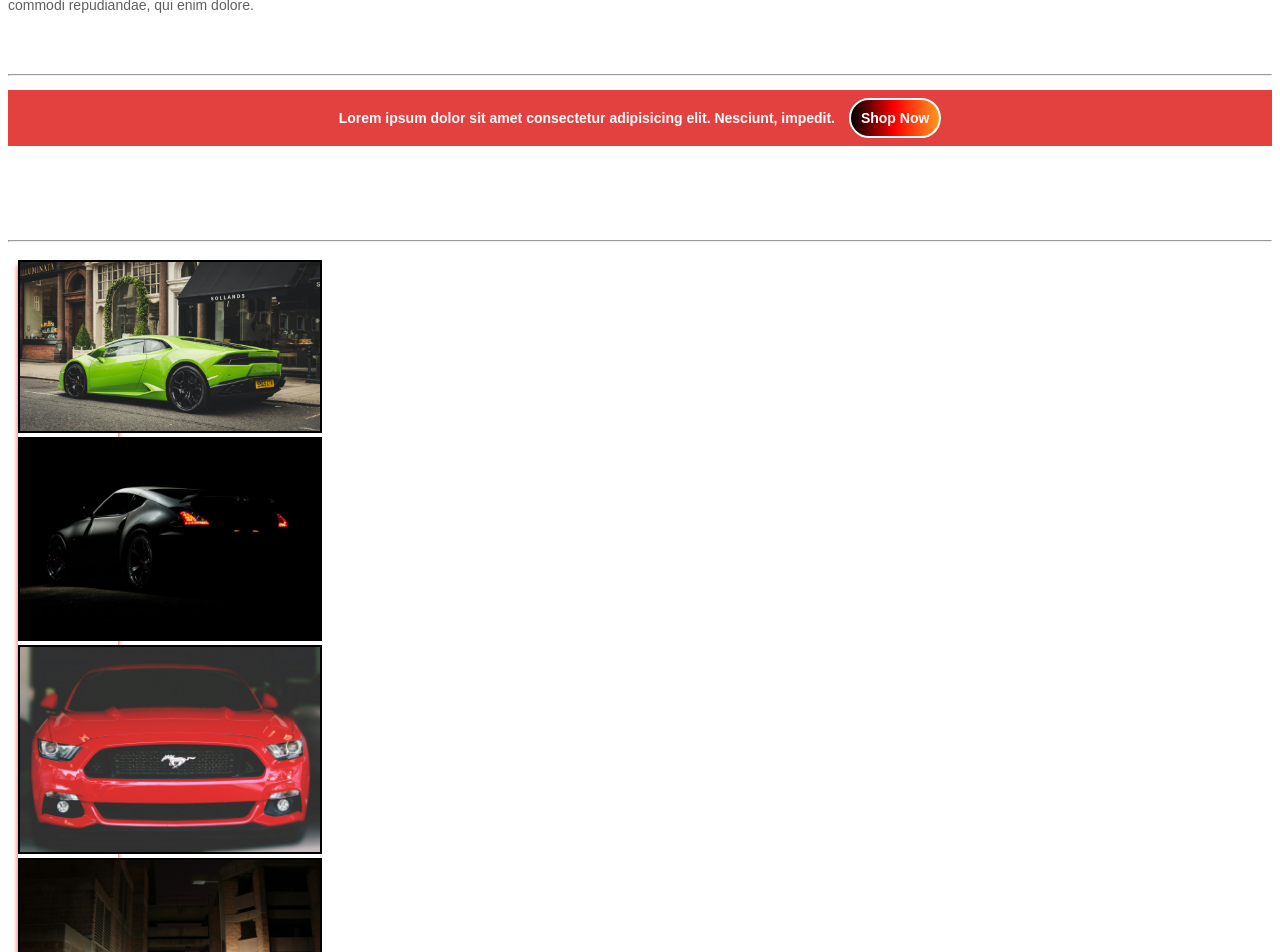
Repository: Yeyolive/WebDev_Collab_2025
Page: Basic_Projects/HTML-CSS course/into-to-html/index.html
These files come from the project's save history. The page is drawn as it stood at one moment and after the next save; the edit follows.
The browser window is 1280 px wide. The pictures show the part of the page from y = 771 to 1723 px (the page is 2858 px tall before and 2860 px after).
A picture or video elsewhere on the page could not be fetched, so the positions and the page height are approximate.

Above is the page before, as saved 2025-11-24 00:28:22.

### Basic_Projects/HTML-CSS course/into-to-html/index.html
<!DOCTYPE html>
<html lang="en">
  <head>
    <meta charset="UTF-8" />
    <meta http-equiv="X-UA-Compatible" content="IE=edge" />
    <!-- Ensures compatibility with Internet Explorer -->
    <meta name="viewport" content="width=device-width, initial-scale=1.0" />
    <title>HTML-CSS Course</title>
    <link rel="stylesheet" href="styles.css" />
  </head>

  <body>
    <!-- Buttons section-->
    <button class="subscribe">SUBSCRIBE</button>

    <button class="join">JOIN</button>

    <button class="tweet">Tweet</button>
    <br /><br />
    <button class="uber">Request Now</button>

    <button class="Amazon">Add to cart</button>

    <button class="Github">Sign up</button>
    <br /><br />
    <button class="Bootstrap-1">Get started</button>
    <button class="Bootstrap-2">Download</button>

    <button class="Linkedin-1">Apply on company website</button>
    <br /><br />
    <button class="Linkedin-2">Save</button>
    <br /><br /><br />
    <hr />
    <a href="#">Back to Amazon</a>
    <br />
    <h1>Nike Black Running Shoes</h1>
    <p class="price">$39 - in stock.</p>

    <p>Free delivery tomorrow.</p>

    <button class="Amazon-1">Add to cart</button>
    <button class="Amazon-2">Buy now</button>
    <br /><br />
    <hr />
    <!-- Texts section-->
    <p class="video-title">
      Talking Tech and AI with Google CEO Sundar Pichai!
    </p>

    <p class="video-stats">3.4M views &#183; 6 months ago</p>
    <p class="video-author">marques Brownlee &#10003;</p>
    <p class="video-description">
      Lorem ipsum dolor sit amet consectetur adipisicing elit. Distinctio
      sapiente beatae delectus debitis natus architecto amet! Libero facilis
      mollitia, illo, beatae unde non nemo ad commodi repudiandae, qui enim
      dolore.
    </p>
    <br /><br />
    <hr />
    <p class="apple-text">
      Lorem ipsum dolor sit amet consectetur adipisicing elit. Nesciunt,
      impedit. <span class="span-example">Shop Now</span>
    </p>
    <br /><br />
    <hr />
    <!-- Images: CARS SECTION -->
    <div class="car-images">
      <div class="car">
        <img
          src="images/cars/pexels-adrian-dorobantu-989175-2127733.jpg"
          alt="Car 1"
        />
      </div>
      <div class="car">
        <img src="images/cars/pexels-albinberlin-919073.jpg" alt="Car 2" />
      </div>
      <div class="car">
        <img src="images/cars/pexels-avinashpatel-544542.jpg" alt="Car 3" />
      </div>
      <div class="car">
        <img src="images/cars/pexels-cesarperez209-733745.jpg" alt="Car 4" />
      </div>
      <div class="car">
        <img src="images/cars/pexels-hikaique-242125.jpg" alt="Car 5" />
      </div>
      <div class="car">
        <img src="images/cars/pexels-pashal-337909.jpg" alt="Car 7" />
      </div>
      <div class="car">
        <img src="images/cars/pexels-pixabay-248687.jpg" alt="Car 8" />
      </div>
    </div>

    <input class="search-bar" type="text" placeholder="Search" />

    <input
      class="search-bar-2"
      type="text"
      placeholder="Search Google or type a URL"
    />

    <br /><br />
    <hr />
    <!-- Input field -->
    <p class="email-p1">Email</p>
    <input class="email-input" type="email" />

    <p class="email-p2">
      By clicking Agree & Join, you agree to the Privacy Policy.
    </p>

    <button class="agree-and-join">Agree & Join</button>
  </body>
</html>

### Basic_Projects/HTML-CSS course/into-to-html/styles.css
/* === buttons === */
.subscribe {
  border: none;
  height: 36px;
  background: rgb(200, 0, 0);
  color: white;
  font-size: 15px;
  cursor: pointer;
  margin-right: 10px;
  transition: opacity 0.3s;
}

.subscribe:hover {
  opacity: 0.7;
}

.subscribe:active {
  opacity: 0.6;
}

.join {
  border: 1px solid blue;
  height: 36px;
  width: 74px;
  color: blue;
  font-size: 15px;
  background: white;
  border-radius: 2px;
  cursor: pointer;
  margin-right: 10px;
  transition: background-color 0.4s, color 0.4s;
}

.join:hover {
  background: blue;
  color: white;
}

.join:active {
  opacity: 0.7;
}

.tweet {
  border: none;
  border-radius: 18px;
  height: 36px;
  width: 74px;
  background: #1d9bf0;
  color: white;
  cursor: pointer;
  font-weight: bold;
  font-size: 15px;
  transition: background-color 0.4s, color 0.4s;
}

.tweet:hover {
  box-shadow: 5px 5px 10px rgba(0, 0, 0, 0.414);
}

.uber {
  background: black;
  color: white;
  border: none;
  height: 36px;
  width: 115px;
  cursor: pointer;
  transition: background-color 0.4s, color 0.4s;
}

.uber:hover {
  opacity: 0.7;
}

.Amazon {
  background: rgb(255, 216, 20);
  color: rgb(0, 0, 0);
  border: none;
  border-radius: 18px;
  height: 30px;
  width: 150px;
  margin-left: 10px;
  margin-right: 10px;
  cursor: pointer;
  transition: background-color 0.4s, color 0.4s;
}

.Amazon:hover {
  background: rgb(255, 153, 36);
}

.Github {
  background: rgb(46, 164, 79);
  color: white;
  border: none;
  padding-left: 10px;
  padding-right: 10px;
  padding-top: 10px;
  padding-bottom: 10px;
  margin-left: 10px;
  margin-right: 10px;
  border-radius: 7px;
  font-weight: bold;
  cursor: pointer;
  transition: padding 0.15s, margin 0.15s, background-color 0.4s, color 0.4s;
}

.Github:hover {
  background: rgb(36, 124, 59);
  padding-left: 25px;
  padding-right: 25px;
  margin-left: 0px;
  margin-right: 0px;
}

.Bootstrap-1 {
  background: rgb(121, 82, 179);
  color: white;
  border: none;
  border-radius: 5px;
  height: 36px;
  width: 110px;
  font-weight: bold;
  margin-right: 10px;
  cursor: pointer;
  transition: background-color 0.4s, color 0.4s;
}

.Bootstrap-1:hover {
  background: rgb(51, 26, 88);
}
.Bootstrap-2 {
  background: white;
  color: rgb(108, 117, 125);
  font-weight: bold;
  border: 1px solid rgb(108, 117, 125);
  height: 36px;
  width: 110px;
  border-radius: 5px;
  margin-right: 10px;
  cursor: pointer;
  transition: background-color 0.4s, color 0.4s;
}
.Bootstrap-2:hover {
  background: rgb(108, 117, 125);
  color: white;
  width: 130px;
}

.Linkedin-1 {
  background: rgb(10, 102, 194);
  color: white;
  border: none;
  border-radius: 15px;
  font-weight: bold;
  height: 36px;
  width: 210px;
  cursor: pointer;
  transition: background-color 0.4s, color 0.4s;
}

.Linkedin-1:hover {
  background: rgb(6, 61, 116);
}

.Linkedin-2 {
  background: white;
  color: rgb(10, 102, 194);
  font-weight: bold;
  border: 1px solid rgb(10, 102, 194);
  height: 36px;
  width: 90px;
  border-radius: 15px;
  cursor: pointer;
  font-size: 14px;
  margin-bottom: 50px;
  transition: background-color 0.4s, color 0.4s;
}

.Linkedin-2:hover {
  background: rgba(55, 146, 250, 0.307);
  color: rgb(10, 102, 194);
  border: 1px solid rgb(10, 102, 194);
}

a {
  color: rgb(22, 75, 33);
}

a:hover {
  text-decoration: none;
  color: rgb(30, 255, 0);
}

.Amazon-1 {
  background: rgb(255, 216, 20);
  color: rgb(0, 0, 0);
  border: none;
  border-radius: 18px;
  height: 30px;
  width: 120px;
  cursor: pointer;
  transition: background-color 0.4s, color 0.4s;
}
.Amazon-1:hover {
  background: rgb(255, 153, 36);
  margin-right: 20px;
  border-top-right-radius: 25px;
}

.Amazon-2 {
  background: rgb(255, 153, 36);
  color: rgb(0, 0, 0);
  border: none;
  border-radius: 18px;
  height: 30px;
  width: 120px;
  cursor: pointer;
  transition: background-color 0.4s, color 0.4s;
}
.Amazon-2:hover {
  background: rgb(255, 216, 20);
  margin-left: 20px;
  border-top-left-radius: 25px;
  border-bottom-right-radius: 25px;
  font-style: italic;
}

.price {
  color: green;
  font-weight: bold;
}

/* === video ===== */

p {
  font-family: Arial, Helvetica, sans-serif;
}
.video-title {
  font-size: 18px;
  font-weight: bold;
  width: 300px;
  line-height: 24px;
  margin-bottom: 5px;
}

.video-stats {
  font-size: 14px;
  color: rgb(96, 96, 96);
  margin-top: 0;
  margin-bottom: 20px;
}

.video-author {
  font-size: 14px;
  color: rgb(96, 96, 96);
  margin-top: 0;
  margin-bottom: 20px;
}

.video-description {
  font-size: 14px;
  color: rgb(96, 96, 96);
  width: 300px;
  line-height: 22px;
  margin-top: 0;
}

.apple-text {
  margin-bottom: 50px;
  font-size: 14px;
  font-weight: bold;
  background-color: rgb(227, 65, 64);
  color: white;
  text-align: center;
  padding: 20px 10px;
}

.span-example {
  color: rgb(255, 255, 255);
  cursor: pointer;
  margin-left: 10px;
  border: 2px solid rgb(255, 255, 255);
  padding: 10px;
  background: linear-gradient(
    to right,
    rgb(0, 0, 0),
    rgb(255, 1, 1),
    rgb(255, 153, 36)
  );
  border-radius: 20px;
}

.span-example:hover {
  opacity: 0.7;
}

.span-example:active {
  opacity: 0.6;
}

/* === images === */

img {
  width: 300px;
  border: 2px solid black;
  object-fit: cover;
  object-position: center;
}

.search-bar {
  width: 200px;
  height: 30px;
  margin: 20px;
  font-size: 20px;
  padding: 10px 20px;
  border: 1px solid grey;
  border-radius: 10px;
  display: block;
}

.search-bar-2 {
  width: 450px;
  padding: 12px 10px;
  margin-left: 5px;
  font-size: 18px;
  border: none;
  border-radius: 20px;
  box-shadow: 0px 0px 5px rgba(0, 0, 0, 0.2);
  display: block;
}

.search-bar-2:focus {
  outline: none;
  box-shadow: 0px 0px 8px rgba(0, 85, 255, 0.738);
}

.search-bar-2:hover {
  box-shadow: 0px 0px 8px rgba(0, 85, 255, 0.738);
  cursor: pointer;
}

.email-p1 {
  color: rgb(56, 55, 55);
}

.email-p2 {
  color: rgb(56, 55, 55);
  width: 405px;
  font-size: 15px;
}

.email-input {
  width: 350px;
  border: 1.5px solid black;
  border-radius: 5px;
  padding: 10px;
  cursor: pointer;
}

.email-input:focus {
  outline: none;
  box-shadow: 0px 0px 8px rgba(0, 85, 255, 0.738);
}

.agree-and-join {
  padding: 15px 60px;
  width: 20%;
  font-size: 20px;
  color: white;
  border: none;
  border-radius: 25px;
  background-color: rgb(10, 102, 194);
  cursor: pointer;
  transition: background-color 0.4s, color 0.4s;
}

.agree-and-join:hover {
  background: rgb(6, 61, 116);
}

.car-images {
  object-fit: cover;
  object-position: center;
  display: inline-block;
  width: 100px;
  height: 100px;
  gap: 20px;
  margin: 10 30px;
  padding: 10px;
}

.car {
  box-shadow: 0px 5px 5px rgba(255, 0, 0, 0.792);
}

After the next save:
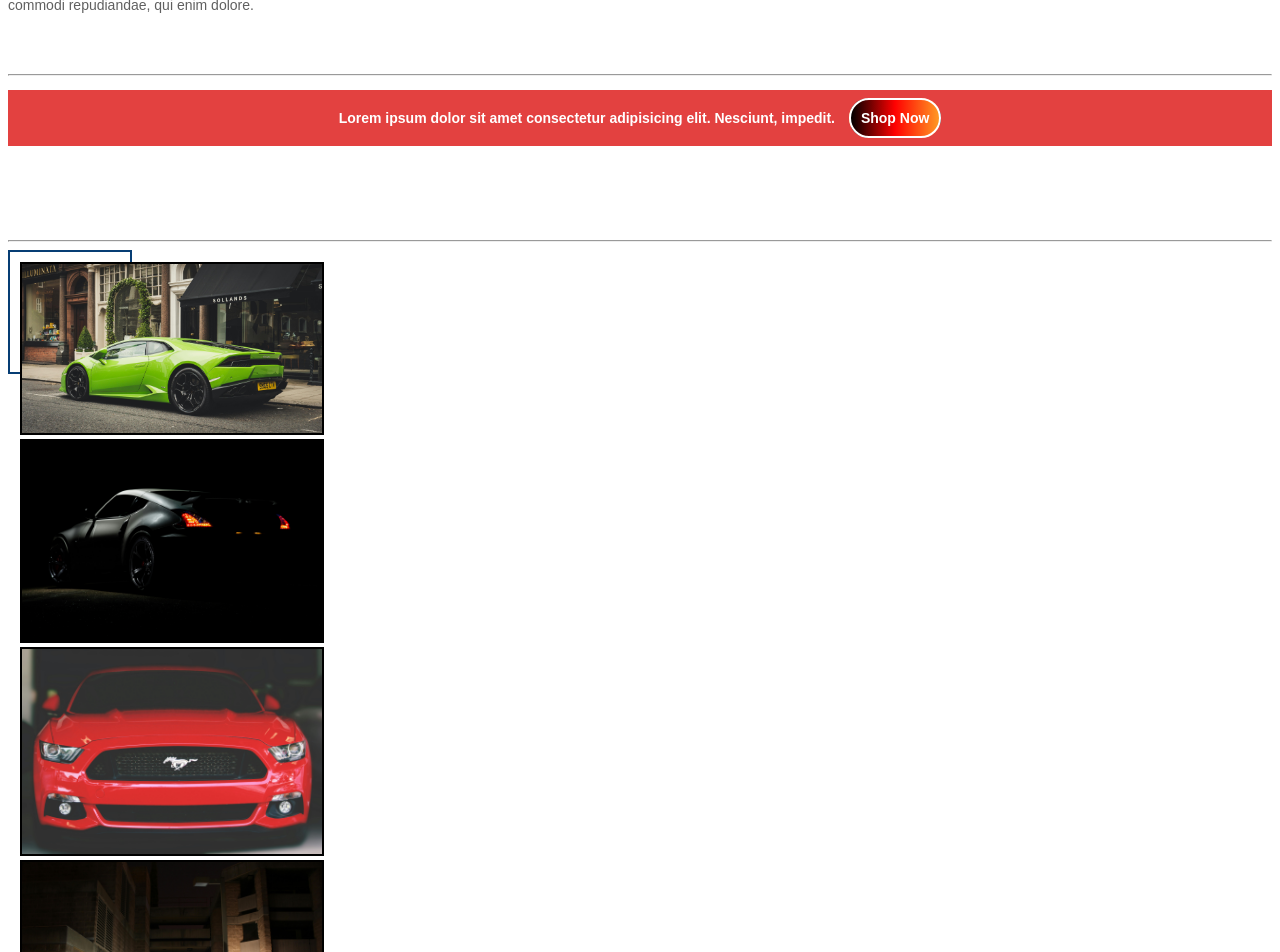
Saved 21 s later.
--- a/Basic_Projects/HTML-CSS course/into-to-html/styles.css
+++ b/Basic_Projects/HTML-CSS course/into-to-html/styles.css
@@ -387,8 +387,5 @@
   gap: 20px;
   margin: 10 30px;
   padding: 10px;
-}
-
-.car {
-  box-shadow: 0px 5px 5px rgba(255, 0, 0, 0.792);
-}
+  border: rgb(6, 61, 116) solid 2px;
+}
